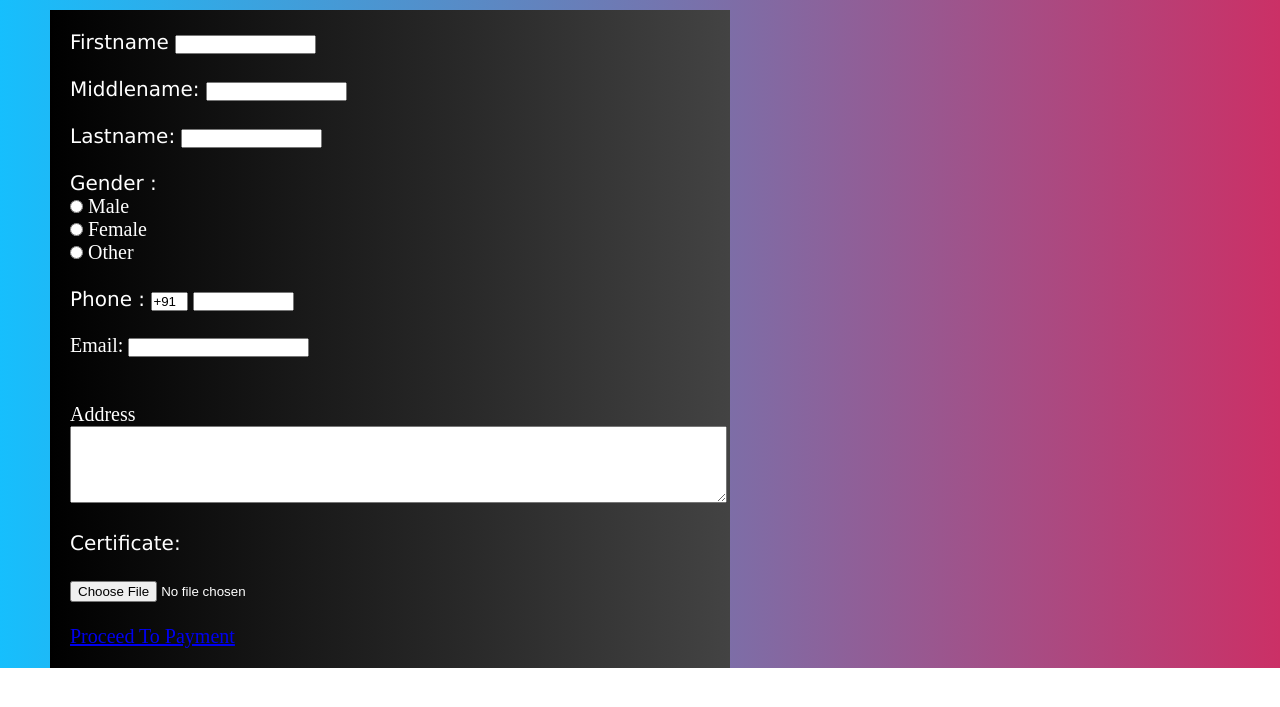
Repository: sarthakkathpalia/elliptical
Page: html/form.html
These files come from the project's save history. The page is drawn as it stood at one moment and after the next save; the edit follows.
The browser window is 1280 px wide. The pictures show the whole page.

Above is the page before, as saved 2021-10-30 17:28:43.

After the next save:
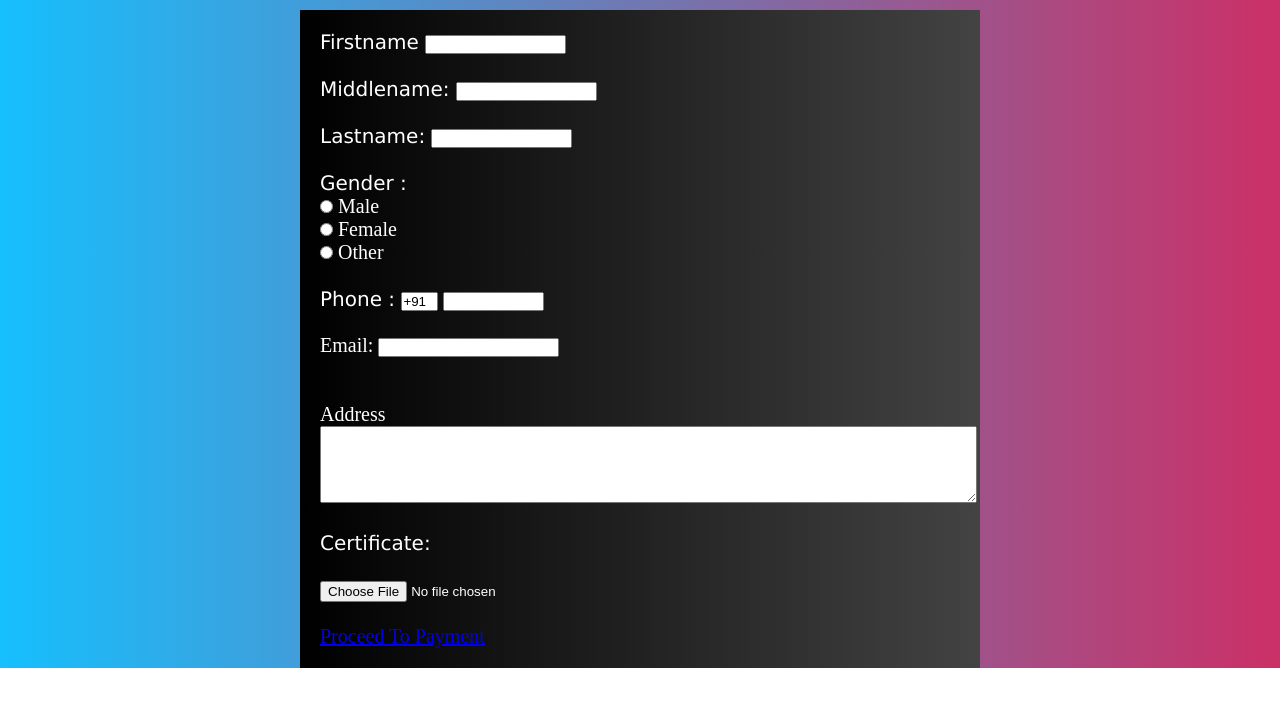
Saved 11 s later.
--- a/html/form.html
+++ b/html/form.html
@@ -28,7 +28,7 @@
             width: 50%;
             height: 50%;
             margin-top: 10px;
-            margin-left: 50px;
+            margin-left: 300px;
             padding: 20px;
         }
 
